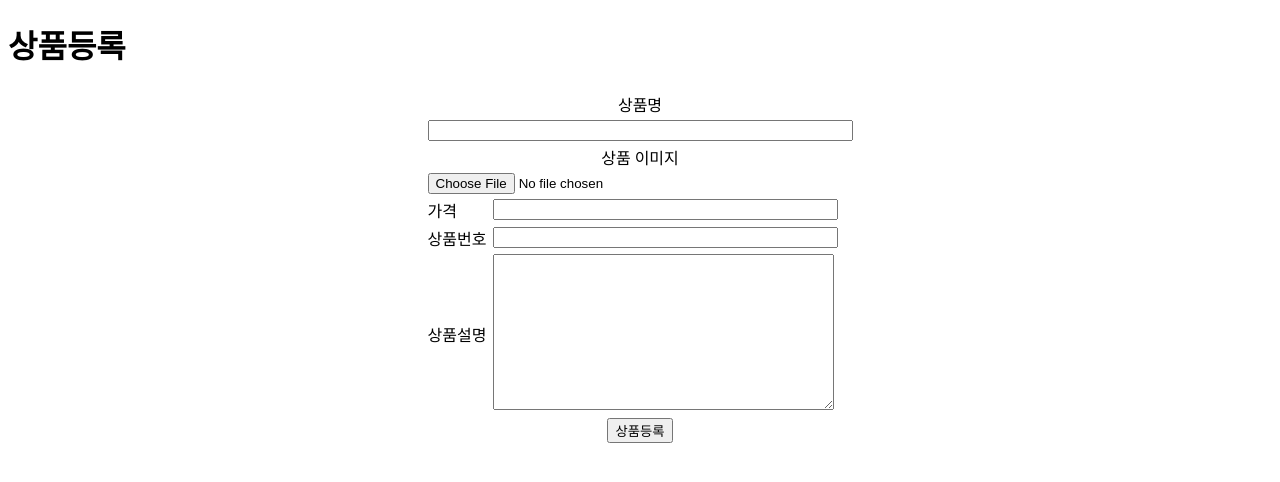
Repository: gunvv00/Java_practice
Page: html_work/html01/WebContent/goods.html
The author's editor kept a copy of each file at every save. The page is drawn from the files as they stood at one save, then again after the next save.
The browser window is 1280 px wide. The pictures show the whole page.

Above is the page before, as saved 2020-01-02 07:59:19.

After the next save:
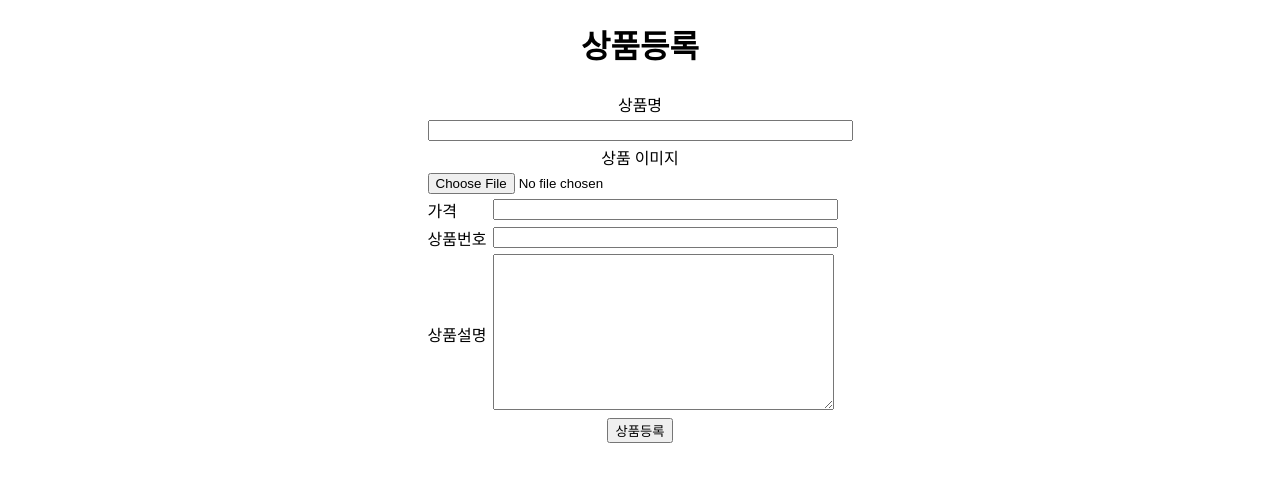
Saved 14 s later.
--- a/html_work/html01/WebContent/goods.html
+++ b/html_work/html01/WebContent/goods.html
@@ -6,7 +6,7 @@
 </head>
 <body>
 <form action = "good.jsp" method = "post">
-	<h1>상품등록</h1>
+	<h1 align = "center">상품등록</h1>
 	<TABLE Border = 0 height = 300 width = 300 align = "center">
 		<tr>
 			<td align = "center" colspan = "2">상품명</td>
